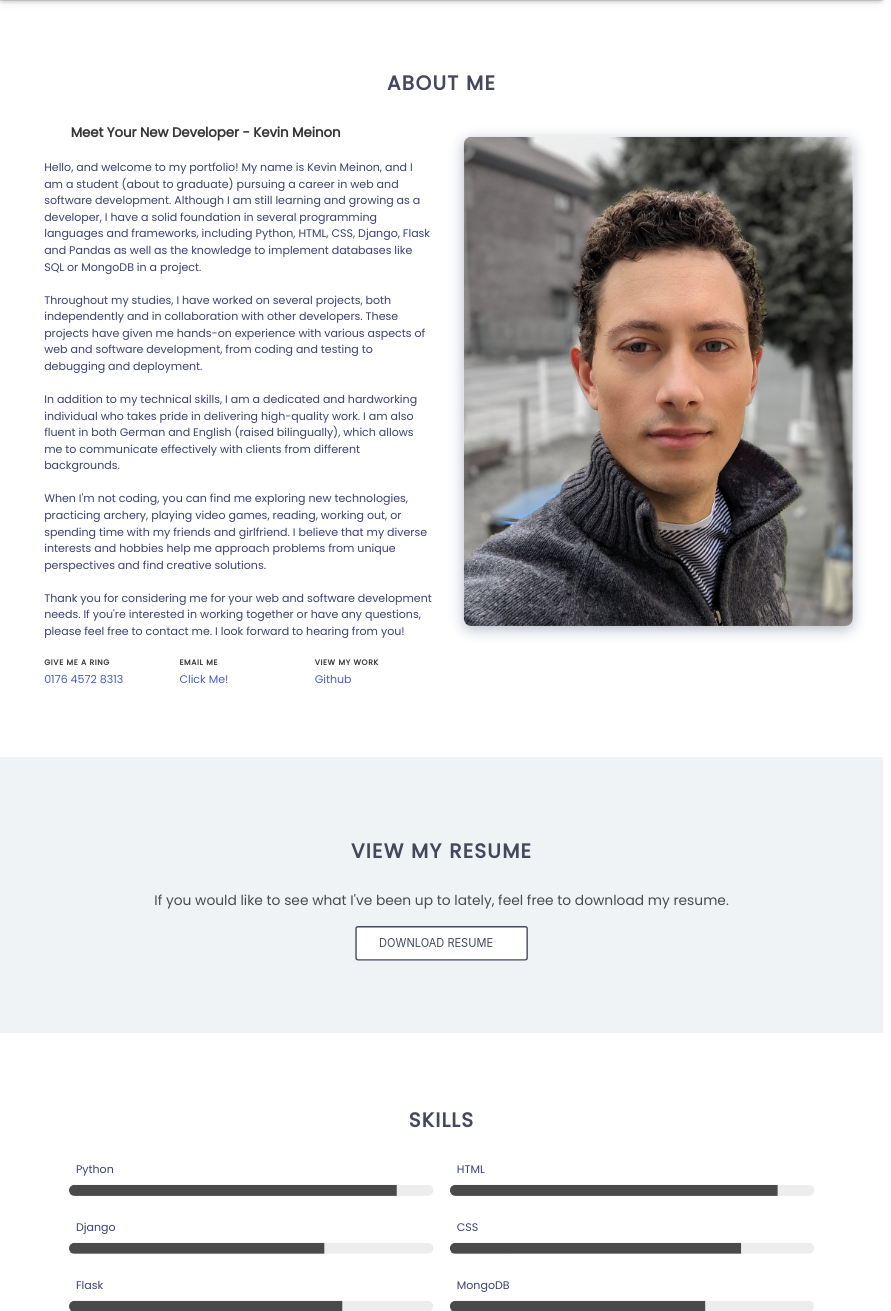
Repository: Krytos/Krytos.github.io
Page: index.html
These files come from the project's save history. The page is drawn as it stood at one moment and after the next save; the edit follows.
The browser window is 1280 px wide. The page is 1292 px wide, so the pictures cover 1292 px, including what lies to the right of the window. The pictures show the part of the page from y = 848 to 2748 px (the page is 4518 px tall), at 69% of full size.
Some icons come from a web library that is not loaded, so they are not drawn. Backgrounds fixed to the window are drawn as part of the page. Some web libraries are served in a nearby version.

Above is the page before, as saved 2023-02-26 11:27:01.
Not found: js/showcase.js

### index.html
<!DOCTYPE html>
<html lang="en">
  <head>
    <meta charset="utf-8" />
    <meta http-equiv="X-UA-Compatible" content="IE=edge" />
    <meta name="viewport" content="width=device-width, initial-scale=1" />
    <title>Portfolio - Kevin Meinon</title>
    <!-- Bulma Version 0.9.0-->
    <link rel="stylesheet" href="https://cdn.jsdelivr.net/npm/bulma@0.9.4/css/bulma.min.css" />
    <link rel="stylesheet" type="text/css" href="css/style.css" />
    <script
      src="https://kit.fontawesome.com/2828f7885a.js"
      integrity="sha384-WAsFbnLEQcpCk8lM1UTWesAf5rGTCvb2Y+8LvyjAAcxK1c3s5c0L+SYOgxvc6PWG"
      crossorigin="anonymous"
    ></script>
    <link rel="icon" type="image/png" href="static/img/logo.png" />
  </head>

  <body>
    <form action="#home">
      <button id="toTop" title="Go to top">
        <i class="fas fa-angle-up"></i>
      </button>
    </form>
    <!-- End Scroll Up Button -->

    <!-- Begin Header -->
    <div class="header-wrapper" id="home">
      <!-- Begin Hero -->
      <section class="hero is-large">
        <!-- Begin Mobile Nav -->
        <nav class="navbar is-transparent is-hidden-desktop">
          <!-- Begin Burger Menu -->
          <div class="navbar-brand">
            <div class="navbar-burger burger" data-target="mobile-nav">
              <span></span>
              <span></span>
              <span></span>
            </div>
          </div>
          <!-- End Burger Menu -->
          <div id="mobile-nav" class="navbar-menu">
            <div class="navbar-end">
              <div class="navbar-item">
                <a class="navbar-item" href="#home">
                  Home
                </a>
              </div>
              <div class="navbar-item">
                <a class="navbar-item" href="#about-me">
                  About Me
                </a>
              </div>
              <!-- <div class="navbar-item">
                <a class="navbar-item" href="#services">
                  Services
                </a>
              </div> -->
              <div class="navbar-item">
                <a class="navbar-item" href="#skills">
                  Skills
                </a>
              </div>
              <div class="navbar-item">
                <a class="navbar-item" href="#my-work">
                  My Work
                </a>
              </div>
              <div class="navbar-item">
                <a class="navbar-item" href="#contact">
                  Contact
                </a>
              </div>
            </div>
          </div>
        </nav>
        <!-- End Mobile Nav -->
        <!-- Begin Hero Content-->
        <div class="hero-body">
          <div class="container has-text-centered">
            <h1 class="subtitle">Hey there, I'm</h1>
            <h2 class="title">Kevin</h2>
            <h1 class="subtitle profession">A Software/Web developer (student)</h1>
          </div>
        </div>
        <!-- End Hero Content-->
        <!-- Begin Hero Menu -->
        <div class="hero-foot ">
          <div class="hero-foot--wrapper">
            <div class="columns">
              <div class="column is-12 hero-menu-desktop has-text-centered">
                <ul>
                  <li class="is-active">
                    <a href="#home">Home</a>
                  </li>
                  <li>
                    <a href="#about-me">About Me</a>
                  </li>
                  <!-- <li>
                    <a href="#services">Services</a>
                  </li> -->
                  <li>
                    <a href="#skills">Skills</a>
                  </li>
                  <li>
                    <a href="#my-work">My Work</a>
                  </li>
                  <li>
                    <a href="#contact">Contact</a>
                  </li>
                </ul>
              </div>
            </div>
          </div>
        </div>
        <!-- End Hero Menu -->
      </section>
      <!-- End Hero -->
    </div>
    <!-- End Header -->

    <!-- Begin Main Content -->
    <div class="main-content">
      <!-- Begin About Me Section -->
      <div class="section-light about-me" id="about-me">
        <div class="container">
          <div class="column is-12 about-me">
            <h1 class="title has-text-centered section-title">About Me</h1>
          </div>
          <div class="columns is-multiline">
            <div
              class="column is-6 has-vertically-aligned-content"
              data-aos="fade-right"
            >
              <p class="is-larger">
                &emsp;&emsp;<strong
                  >Meet Your New Developer - Kevin Meinon</strong
                >
              </p>
              <br />
              <p>
                Hello, and welcome to my portfolio! My name is Kevin Meinon,
                and I am a student (about to graduate) pursuing a career in web and
                software development. Although I am still learning and growing
                as a developer, I have a solid foundation in several programming
                languages and frameworks, including Python, HTML, CSS, Django,
                Flask and Pandas as well as the knowledge to implement databases
                like SQL or MongoDB in a project.
              </p>
              <br>
              <p>
                Throughout my studies, I have worked on several projects, both
                independently and in collaboration with other developers. These
                projects have given me hands-on experience with various aspects
                of web and software development, from coding and testing to
                debugging and deployment.
              </p>
              <br>
              <p>
                In addition to my technical skills, I am a dedicated and hardworking
                individual who takes pride in delivering high-quality work.
                I am also fluent in both German and English (raised bilingually), which allows me to
                communicate effectively with clients from different backgrounds.
              </p>
              <br>
              <p>
                When I'm not coding, you can find me exploring new technologies,
                practicing archery, playing video games, reading, working out,
                or spending time with my friends and girlfriend. I believe that
                my diverse interests and hobbies help me approach problems from
                unique perspectives and find creative solutions.
              </p>
              <br>
              <p>
                Thank you for considering me for your web and software development
                needs. If you're interested in working together or have any
                questions, please feel free to contact me. I look forward to hearing from you!
              </p>
              <br />
              <div class="is-divider"></div>
              <div class="columns about-links">
                <div class="column">
                  <p class="heading">
                    <strong>Give me a ring</strong>
                  </p>
                  <p class="subheading">
                    <a href="tel:+49 176 4572 8313">0176 4572 8313</a>
                  </p>
                </div>
                <div class="column">
                  <p class="heading">
                    <strong>Email Me</strong>
                  </p>
                  <p class="subheading">
                    <a href="mailto:kevin.meinon@gmail.com">Click Me!</a>
                  </p>
                </div>
                <div class="column">
                  <p class="heading">
                    <strong>View my work</strong>
                  </p>
                  <p class="subheading">
                    <a href="https://github.com/Krytos">Github</a>
                  </p>
                </div>
              </div>
            </div>
            <div class="column is-6 right-image " data-aos="fade-left">
              <img
                class="is-rounded"
                src="static/img/me_2.jpg"
                alt="Image of Kevin Meinon"
              />
            </div>
          </div>
        </div>
      </div>
      <!-- End About Me Content -->
      <div class="section-dark resume">
        <div class="container">
          <div
            class="columns is-multiline"
            data-aos="fade-in"
            data-aos-easing="linear"
          >
            <div class="column is-12 about-me">
              <h1 class="title has-text-centered section-title">
                View My Resume
              </h1>
            </div>
            <div class="column is-10 has-text-centered is-offset-1">
              <h2 class="subtitle">
                If you would like to see what I've been up to lately, feel free to
                download my resume.
              </h2>
              <form action="static/Resume_Kevin_Meinon.pdf">
                <button class="button">
                  Download Resume&emsp;<i class="fad fa-download fa-lg"></i>
                </button>
              </form>
            </div>
          </div>
        </div>
      </div>
      <!-- Begin Services Content -->
      <!-- <div class="section-color services" id="services">
        <div class="container">
          <div class="columns is-multiline">
            <div
              class="column is-12 about-me"
              data-aos="fade-in"
              data-aos-easing="linear"
            >
              <h1 class="title has-text-centered section-title">Services</h1>

              <h2 class="subtitle">
                Lorem ipsum dolor sit amet, consectetur adipiscing elit, sed do
                eiusmod tempor incididunt ut labore et dolore magna aliqua
              </h2>
              <br />
            </div>
            <div class="columns is-12">
              <div
                class="column is-4 has-text-centered"
                data-aos="fade-in"
                data-aos-easing="linear"
              >
                <i class="fad fa-meteor fa-3x"></i>
                <hr />
                <h2>
                  Lorem ipsum dolor sit amet, consectetur adipiscing elit, sed
                  do eiusmod tempor incididunt ut labore et dolore magna aliqua
                </h2>
              </div>
              <div
                class="column is-4 has-text-centered"
                data-aos="fade-in"
                data-aos-easing="linear"
              >
                <i class="fas fa-paint-brush fa-3x"></i>
                <hr />
                <h2>
                  Lorem ipsum dolor sit amet, consectetur adipiscing elit, sed
                  do eiusmod tempor incididunt ut labore et dolore magna aliqua
                </h2>
              </div>
              <div
                class="column is-4 has-text-centered"
                data-aos="fade-in"
                data-aos-easing="linear"
              >
                <i class="fas fa-rocket fa-3x"></i>
                <hr />
                <h2>
                  Lorem ipsum dolor sit amet, consectetur adipiscing elit, sed
                  do eiusmod tempor incididunt ut labore et dolore magna aliqua
                </h2>
              </div>
            </div>
            <hr />
            <div class="columns is-12">
              <div
                class="column is-4 has-text-centered"
                data-aos="fade-in"
                data-aos-easing="linear"
              >
                <i class="fas fa-upload fa-3x"></i>
                <hr />
                <h2>
                  Lorem ipsum dolor sit amet, consectetur adipiscing elit, sed
                  do eiusmod tempor incididunt ut labore et dolore magna aliqua
                </h2>
              </div>
              <div
                class="column is-4 has-text-centered"
                data-aos="fade-in"
                data-aos-easing="linear"
              >
                <i class="fas fa-bus fa-3x"></i>
                <hr />
                <h2>
                  Lorem ipsum dolor sit amet, consectetur adipiscing elit, sed
                  do eiusmod tempor incididunt ut labore et dolore magna aliqua
                </h2>
              </div>
              <div
                class="column is-4 has-text-centered"
                data-aos="fade-in"
                data-aos-easing="linear"
              >
                <i class="fas fa-code fa-3x"></i>
                <hr />
                <h2>
                  Lorem ipsum dolor sit amet, consectetur adipiscing elit, sed
                  do eiusmod tempor incididunt ut labore et dolore magna aliqua
                </h2>
              </div>
            </div>
          </div>
        </div>
      </div> -->
      <!-- End Services Content -->
      <!-- Begin Skills Content -->
      <div class="section-light skills" id="skills">
        <div class="container">
          <div class="columns is-multiline">
            <div class="column is-12 about-me">
              <h1 class="title has-text-centered section-title">Skills</h1>
            </div>
            <div
              class="column is-6"
              data-aos="fade-in"
              data-aos-easing="linear"
            >
              <h1>Python</h1>
              <progress class="progress" value="90" max="100">30%</progress>
              <h1>Django</h1>
              <progress class="progress" value="70" max="100">30%</progress>
              <h1>Flask</h1>
              <progress class="progress" value="75" max="100">45%</progress>
              <h1>FastAPI</h1>
              <progress class="progress" value="50" max="100">60%</progress>
              <h1>AutoHotKey</h1>
              <progress class="progress" value="85" max="100">60%</progress>
            </div>
            <div
              class="column is-6"
              data-aos="fade-in"
              data-aos-easing="linear"
            >
              <h1>HTML</h1>
              <progress class="progress" value="90" max="100">30%</progress>
              <h1>CSS</h1>
              <progress class="progress" value="80" max="100">30%</progress>
              <h1>MongoDB</h1>
              <progress class="progress" value="70" max="100">45%</progress>
              <h1>SQL</h1>
              <progress class="progress" value="45" max="100">60%</progress>
            </div>
          </div>
        </div>
      </div>
      <!-- End Skills Content -->
      <!-- Begin Work Content -->
      <div class="section-dark my-work" id="my-work">
        <div class="container">
          <div
            class="columns is-multiline"
            data-aos="fade-in"
            data-aos-easing="linear"
          >
            <div class="column is-12">
              <h1 class="title has-text-centered section-title">My Work</h1>
            </div>
            <div class="column is-3">
              <a href="https://github.com/Krytos/Do-IT">
                <figure
                  class="image is-2by1 work-item"
                  style="background-image: url('https://repository-images.githubusercontent.com/461556238/b1471068-3e94-4250-9494-697eb97e9046');"
                ></figure>
              </a>
            </div>
            <div class="column is-3">
              <a href="https://github.com/Krytos/microblog">
                <figure
                  class="image is-2by1 work-item"
                  style="background-image: url('https://repository-images.githubusercontent.com/451533640/6b32e7cb-f2a2-48a2-8622-01465f2b8484');"
                ></figure>
              </a>
            </div>
            <div class="column is-3">
              <a href="https://github.com/Krytos/Buecherei_SRH_Django">
                <figure
                  class="image is-2by1 work-item"
                  style="background-image: url('https://repository-images.githubusercontent.com/530538867/4210fe53-3201-49e2-80a4-415dd147d0fc');"
                ></figure>
              </a>
            </div>
            <div class="column is-3">
              <a href="https://github.com/Krytos/PlexShare">
                <figure
                  class="image is-2by1 work-item"
                  style="background-image: url('https://opengraph.githubassets.com/2d8d4d367eda8a1154cc3f7dd16bcb58c2bccbfc5b6464685fce3bbd0389b0d8/Krytos/PlexShare');"
                ></figure>
              </a>
            </div>
            <div class="column is-3">
              <a href="https://github.com/Krytos/Digimy_Meta_Scrapper">
                <figure
                  class="image is-2by1 work-item"
                  style="background-image: url('https://opengraph.githubassets.com/150e8eb191be09b5b985bcb0781646174d3ee992e8ac0d4ef3a0610a28a48c09/Krytos/Digimy_Meta_Scrapper');"
                ></figure>
              </a>
            </div>
          </div>
        </div>
      </div>
      <!-- End Work Content -->
      <!-- Begin Contact Content -->
      <div class="section-light contact" id="contact">
        <div class="container">
          <div
            class="columns is-multiline"
            data-aos="fade-in-up"
            data-aos-easing="linear"
          >
            <div class="column is-12 about-me">
              <h1 class="title has-text-centered section-title">
                Get in touch
              </h1>
            </div>
            <div class="column is-8 is-offset-2">
              <form
                id="fs-frm"
                name="simple-contact-form"
                action="https://formspree.io/f/xbjeonje"
                method="POST"
                data-dashlane-rid="df90deb01d1bab0a"
                data-form-type="contact"
              >
                <div class="field">
                  <label class="label" for="full-name">Full Name</label>
                  <div class="control has-icons-left">
                    <input
                      class="input"
                      type="text"
                      placeholder="Ex. Jane Smith"
                      name="name"
                      id="full-name"
                      required=""
                      data-dashlane-rid="0319729766180b5a"
                      data-form-type="name"
                      data-kwimpalastatus="alive"
                      data-kwimpalaid="1677340713583-0"
                    />
                    <span class="icon is-small is-left">
                      <i class="fas fa-user"></i>
                    </span>
                  </div>
                </div>
                <div class="field">
                  <label class="label" for="email-address">Email</label>
                  <div class="control has-icons-left">
                    <input
                      class="input"
                      type="email"
                      placeholder="Ex. hello@arctheme.com"
                      name="_replyto"
                      id="email-address"
                      required=""
                      data-dashlane-rid="ddd3eef57ad4fb1f"
                      data-form-type="email"
                      data-kwimpalastatus="alive"
                      data-kwimpalaid="1677340713583-1"
                    />
                    <span class="icon is-small is-left">
                      <i class="fas fa-envelope"></i>
                    </span>
                  </div>
                </div>
                <div class="field">
                  <label class="label" for="message">Message</label>
                  <div class="control">
                    <textarea
                      class="textarea"
                      placeholder="Textarea"
                      name="message"
                      id="message"
                      required=""
                      data-dashlane-rid="0490c8f940e7e41d"
                      data-form-type="other"
                    ></textarea>
                  </div>
                </div>
                <input type="hidden" name="_subject" id="email-subject" value="Contact Form Submission">
                <span id="1677340713583-0" data-dashlanecreated="true"></span>
                <span id="1677340713583-1" data-dashlanecreated="true"></span>
                <div class="field">
                  <div class="control ">
                    <button type="submit"
                      class="button submit-button"
                      value="Submit"
                      data-dashlane-rid="69a888da761bc0f6"
                      data-form-type="action" >
                      Submit&nbsp;&nbsp;
                      <i class="fas fa-paper-plane"></i>
                    </button>
                  </div>
                </div>
              </form>
            </div>
          </div>
        </div>
      </div>
      <!-- End Contact Content -->
    </div>
    <!-- End Main Content -->

    <!-- Scripts -->
    <script src="https://cdnjs.cloudflare.com/ajax/libs/jquery/3.3.1/jquery.min.js"></script>
    <script src="../js/showcase.js"></script>
    <link href="https://cdn.rawgit.com/michalsnik/aos/2.1.1/dist/aos.css" rel="stylesheet">
    <script src="https://cdn.rawgit.com/michalsnik/aos/2.1.1/dist/aos.js"></script>
    <script>
      AOS.init({
        easing: "ease-out",
        duration: 800,
      });
    </script>
  </body>
</html>

Loaded but not shown: css/style.css (319 lines, source omitted)

After the next save:
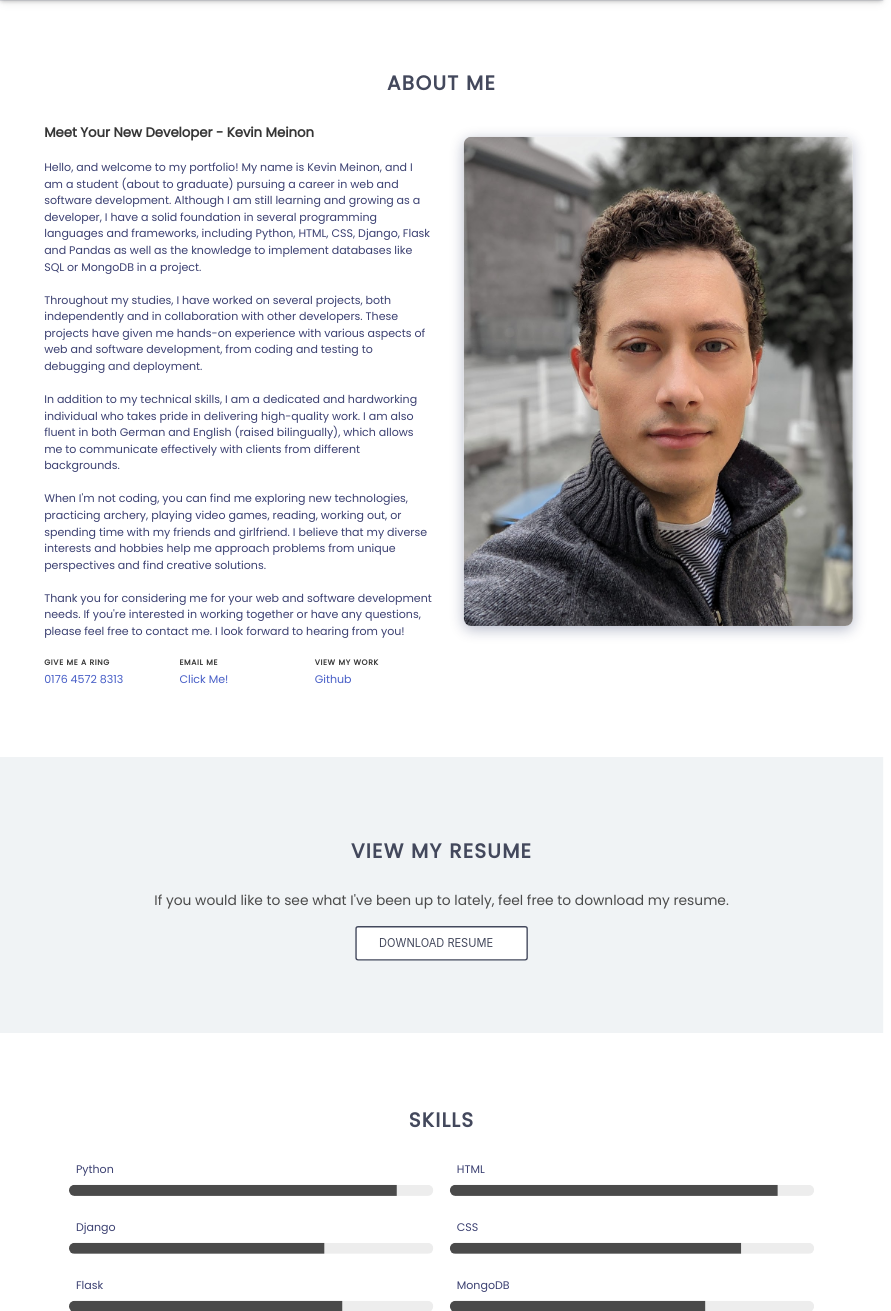
Saved 3 days later.
--- a/index.html
+++ b/index.html
@@ -133,9 +133,7 @@
               data-aos="fade-right"
             >
               <p class="is-larger">
-                &emsp;&emsp;<strong
-                  >Meet Your New Developer - Kevin Meinon</strong
-                >
+              <strong>Meet Your New Developer - Kevin Meinon</strong>
               </p>
               <br />
               <p>
